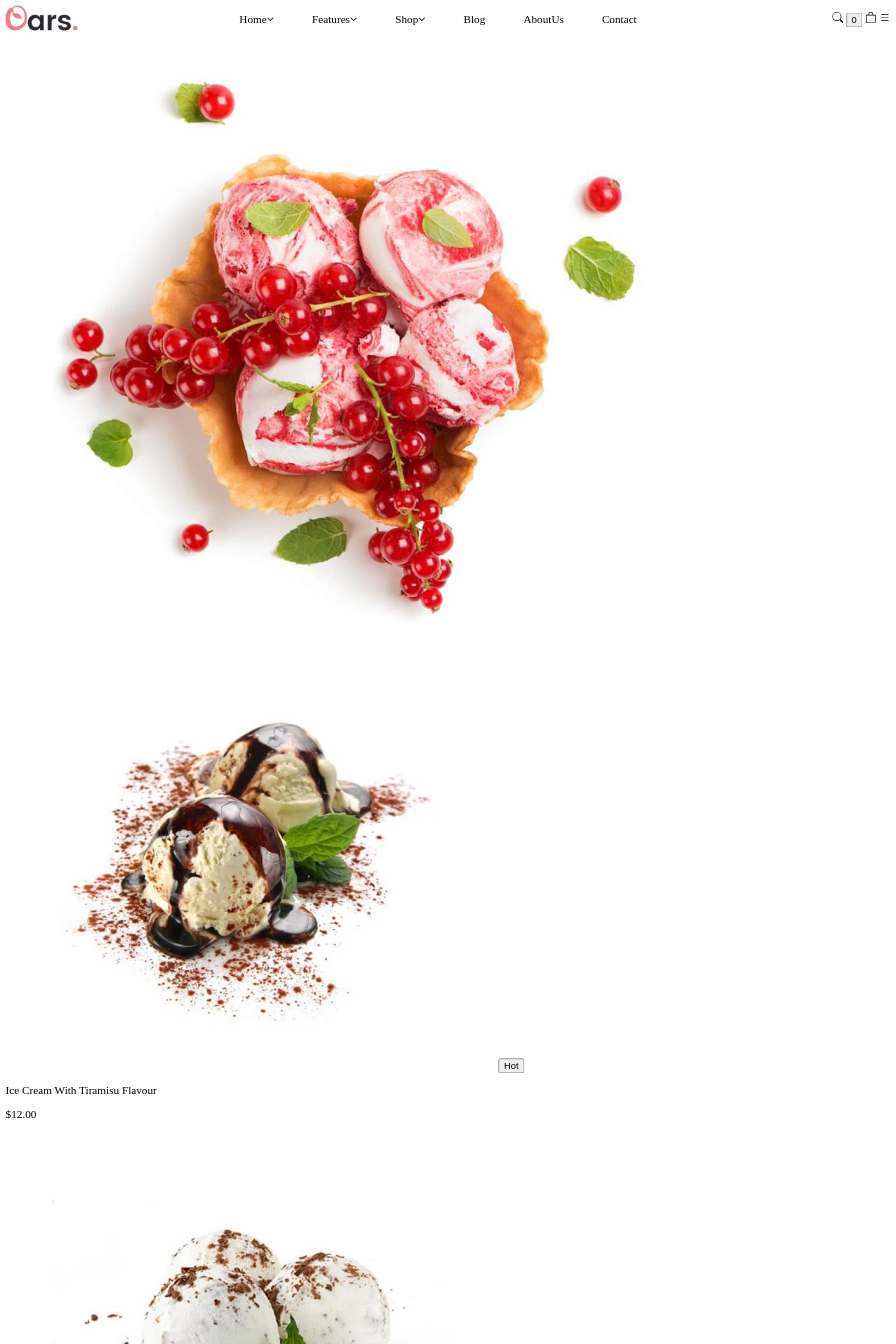
Repository: pradeepi2i/ice-cream
Page: icecream.html
These files come from the project's save history. The page is drawn as it stood at one moment and after the next save; the edit follows.
The browser window is 1280 px wide. The pictures show the part of the page from y = 0 to 1920 px (the page is 8871 px tall before and 8887 px after), at 70% of full size.

Above is the page before, as saved 2022-11-16 13:04:26.

### icecream.html
<!DOCTYPE html>
<html lang="en">
  <head>
    <meta charset="UTF-8" />
    <meta http-equiv="X-UA-Compatible" content="IE=edge" />
    <meta name="viewport" content="width=device-width, initial-scale=1.0" />
    <link rel="preconnect" href="https://fonts.googleapis.com" />
    <link rel="preconnect" href="https://fonts.gstatic.com" crossorigin />
    <link
      href="https://fonts.googleapis.com/css2?family=Poppins:wght@500;400;200&display=swap"
      rel="stylesheet"
    />
    <link
      rel="stylesheet"
      href="https://cdnjs.cloudflare.com/ajax/libs/font-awesome/4.7.0/css/font-awesome.min.css"
    />
    <link rel="stylesheet" href="./css/style.css" />
    <title>Ice-cream</title>
  </head>
  <body>
    <div class="header">
      <div class="navbar-left">
        <img src="./images/logo.png" alt="logo" class="title" />
      </div>
      <div class="navbar-center">
        <span class="navigation" id="home"
          >Home<i class="fa fa-angle-down down-arrow" aria-hidden="true"></i
        ></span>
        <span class="navigation"
          >Features<i class="fa fa-angle-down down-arrow" aria-hidden="true"></i
        ></span>
        <span class="navigation"
          >Shop<i class="fa fa-angle-down down-arrow" aria-hidden="true"></i
        ></span>
        <span class="navigation">Blog</span>
        <span class="navigation">AboutUs</span>
        <span class="navigation">Contact</span>
      </div>
      <div class="navbar-right">
        <img
          class="top-nav-icon"
          id="search"
          src="./images/search.svg"
          alt="search"
        />
        <button class="count">0</button>
        <img class="top-nav-icon" src="/images/bag.svg" alt="cart" id="bag" />
        <img class="top-nav-icon" src="/images/menu.svg" alt="menu" id="menu" />
      </div>
    </div>
    <div class="container">
      <div class="top-container">
        <div class="large-left-square-1">
          <img
            id="large-left"
            src="/images/strawberry-big.jpg"
            alt="strawberry-big"
            class="strawberry-big"
          />
        </div>
        <div class="right-rectangle-1">
          <div class="small-ice-row-1-col-1">
            <img
              class="small-ice"
              src="/images/ice-1.jpg"
              alt="Tiramisu Flavour"
            />
            <button class="hot">Hot</button>
            <div class="txt">
              <p class="flavour">Ice Cream With Tiramisu Flavour</p>
              <span class="price">$12.00</span>
            </div>
          </div>
          <div class="small-ice-row-1-col-2">
            <img class="small-ice" src="/images/ice-2.jpg" alt="Scrachatella" />
            <button class="hot">Hot</button>
            <button class="sale">Sale</button>
            <div class="txt">
              <p class="flavour">Scrachatella Ice Cream</p>
              <span class="price">$36.90</span>
              <span class="old-price">&nbsp$41.00</span>
            </div>
          </div>
          <div class="small-ice-row-1-col-1">
            <img
              class="small-ice"
              src="/images/ice-3.jpg"
              alt="Tiramisu Flavour"
            />
            <button class="hot">Hot</button>
            <div class="txt">
              <p class="flavour">Cream with strawberry</p>
              <span class="price">$15.00</span>
            </div>
          </div>
          <div class="small-ice-row-1-col-2">
            <img
              class="small-ice"
              src="/images/ice-4.jpg"
              alt="Cappuccino Ice Cream"
            />
            <button class="sale-only">Sale</button>
            <div class="txt">
              <p class="flavour">Cappuccino Ice Cream</p>
              <span class="price">$18.90</span>
              <span class="old-price">&nbsp$20.00</span>
            </div>
          </div>
        </div>
      </div>
      <div class="middle-container">
        <div class="poster">
          <div class="content">
            <h1 class="title">Stepping into15th years of sharing smiles</h1>
            <p class="subtitle">
              Prasent commodo cursus magna,vel scelerisque nisl consectetur et.
              Cras mattis consectetur purus sit amet fermentum. Lorem ipsum
              dolor sit amet, consectetur adipiscing elit. Donec ullamcorper
              nulla non metus auctor fringilla.Nullam quis risus eget urna
              mollis ornare vel eu leo.
            </p>
            <p id="about">About Oars Store</p>
          </div>
        </div>
      </div>
      <div class="top-container">
        <div class="right-rectangle-1">
          <div class="small-ice-row-1-col-1">
            <img
              class="small-ice"
              src="/images/ice-5.jpg"
              alt="Ice Cream Covered With Chocolate & Nuts"
            />
            <div class="txt">
              <p class="flavour">Ice Cream With Chocolate & Nuts</p>
              <span class="price">$60.00</span>
            </div>
          </div>
          <div class="small-ice-row-1-col-2">
            <img
              class="small-ice"
              src="/images/ice-6.jpg"
              alt="Colorful Popsicles Isolated"
            />
            <button class="hot">Hot</button>
            <button class="sale">Sale</button>
            <div class="txt">
              <p class="flavour">Colorful Popsicles Isolated</p>
              <span class="price">$54.00</span>
              <span class="old-price">&nbsp$69.00</span>
            </div>
          </div>
          <div class="small-ice-row-1-col-1">
            <img
              class="small-ice"
              src="/images/ice-7.jpg"
              alt="Ice Cream Covered With Chocolate "
            />
            <button class="hot">Hot</button>
            <button class="sale">Sale</button>
            <div class="txt">
              <p class="flavour">Ice Cream Covered With Chocolate</p>
              <span class="price">$27.00</span>
              <span class="old-price">&nbsp$42.00</span>
            </div>
          </div>
          <div class="small-ice-row-1-col-2">
            <img
              class="small-ice"
              src="/images/ice-4.jpg"
              alt="Colorful Popsicles Isolated"
            />
            <button class="hot">Hot</button>
            <div class="txt">
              <p class="flavour">Colorful Popsicles Isolated</p>
              <span class="price">$69.90</span>
            </div>
          </div>
        </div>
        <div class="large-right-square-1">
          <img
            id="large-left"
            src="/images/cone-big.jpg"
            alt="cone-big"
            class="strawberry-big"
          />
        </div>
      </div>
      <div class="bottom-container">
        <div class="bottom-top-container">
          <img src="/images/product-1.png" alt="coffee" class="product" />
          <img src="/images/product-2.png" alt="chocolate" class="product" />
          <img src="/images/product-3.png" alt="market" class="product" />
          <img src="/images/product-4.png" alt="mountain" class="product" />
          <img src="/images/product-5.png" alt="mountainbike" class="product" />
          <img src="/images/product-6.png" alt="morelle" class="product" />
        </div>
        <div class="bottom-middle-container">
          <div class="details">
            <div class="contact-details">
              <div class="contact-title">
                <h2>Contact Us</h2>
                <div class="bottom-line">
                  <hr class="line" />
                  <hr class="dot" />
                </div>
                <p class="description">
                  Fusce dapibus, tellus ac cursus commodo, tortor mauris
                  condimentum nibh
                </p>
                <div class="navigation-icon">
                  <div class="nav" id="location">
                    <i class="fa fa-map-marker nav-icon" aria-hidden="true"></i>
                    <span class="info"
                      >221b Notingham Forest - London - UK</span
                    >
                  </div>
                  <div class="nav" id="call">
                    <i class="fa fa-phone nav-icon" aria-hidden="true"></i
                    ><span class="info">0123 456 789 - 0123 987 654</span>
                  </div>
                  <div class="nav" id="mail">
                    <i class="fa fa-paper-plane nav-icon" aria-hidden="true"></i
                    ><span class="info">tivatheme@gmail.com</span>
                  </div>
                </div>
              </div>
              <div class="time-title">
                <h2>Opening Hours</h2>
                <div class="bottom-line">
                  <hr class="line" />
                  <hr class="dot" />
                </div>
                <div class="week-days">
                  <h3>Mon - Fri</h3>
                  <p class="time">08.00 am - 17.00 pm</p>
                </div>
                <div class="week-end">
                  <h3>Sat - Sun</h3>
                  <p class="time">08.00 am - 11.30 pm</p>
                </div>
              </div>
              <div class="link-title">
                <h2>Useful Links</h2>
                <div class="bottom-line">
                  <hr class="line" />
                  <hr class="dot" />
                </div>
                <div class="link">
                  <p>About Us</p>
                  <p>Portfolio</p>
                  <p>Terms Of Service</p>
                  <p>Privacy Policy</p>
                  <p>Contact Us</p>
                </div>
              </div>
              <div class="direction-title">
                <h2>Get Direction</h2>
                <div class="bottom-line">
                  <hr class="line" />
                  <hr class="dot" />
                </div>
                <div class="direction">
                  <img src="/images/map.png" alt="map" class="map" />
                </div>
              </div>
            </div>
          </div>
        </div>
        <div class="bottom-end-container">
          <div class="footer">
            <div class="copyrights">
              <p class="copy">
                &copy; 2020 <span class="company-name">Oars Organic</span
                ><span>. All Rights Reserved. Design by</span>
                <span class="company-name">Tivatheme</span>
              </p>
            </div>
            <div class="support">
              <p class="support-options">
                <span class="options">Help</span>
                <span class="options">FAQs</span>
                <span class="options">History</span>
                <span class="options">Online Support</span>
              </p>
            </div>
            <div class="bottom-round">
              <i
                class="fa fa-long-arrow-up fa-2x"
                id="bottom-icon"
                aria-hidden="true"
              ></i>
            </div>
          </div>
        </div>
      </div>
    </div>
  </body>
</html>

### css/style.css
.header {
    display: flex;
    justify-content: space-between;
    align-items: center;
}
.navbar-center {
    display: flex;
    justify-content: center;
    padding: ;
}
.navigation {
    padding: .2rem;
    margin-right: 3rem;
}

After the next save:
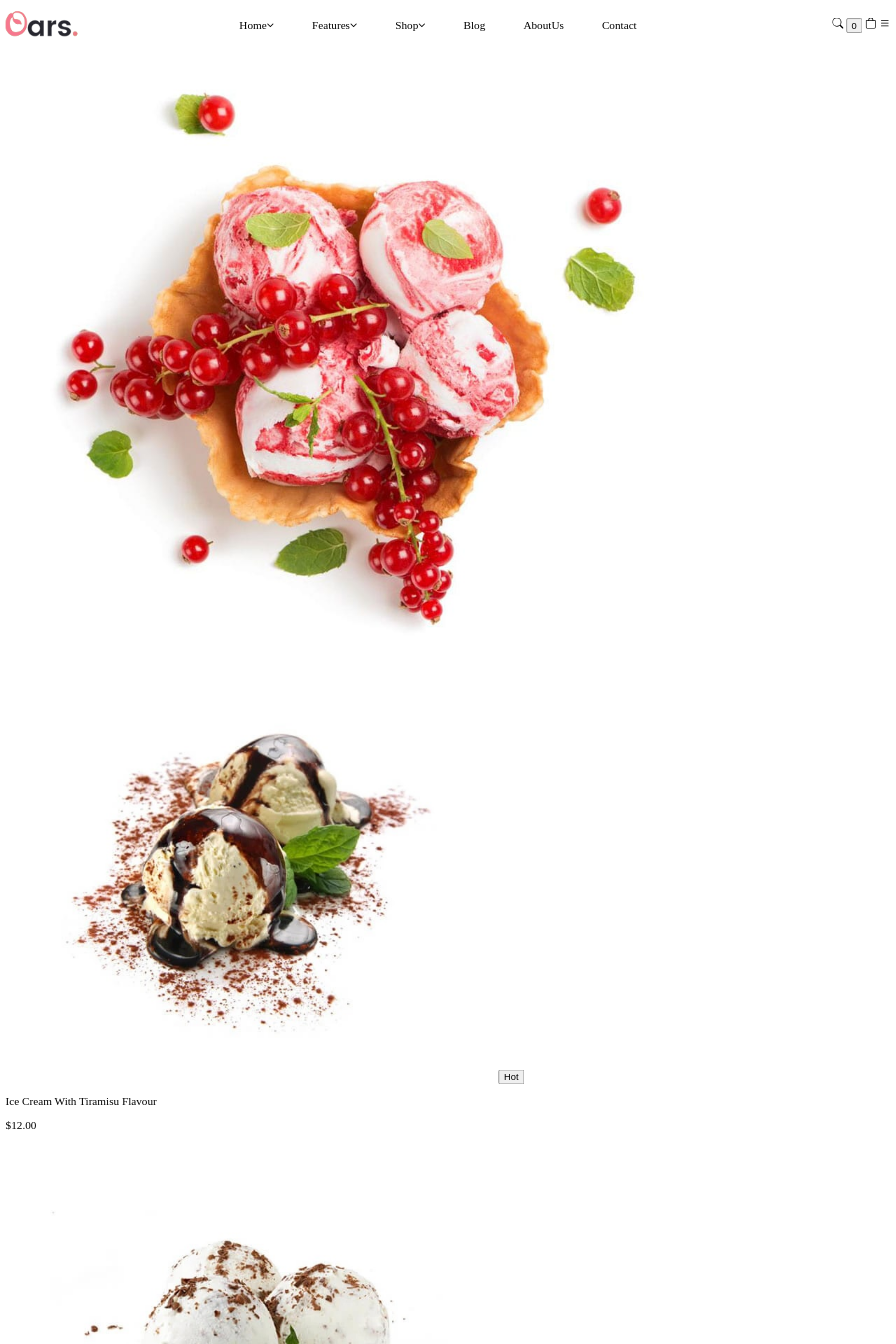
Saved 5 s later.
--- a/css/style.css
+++ b/css/style.css
@@ -6,7 +6,7 @@
 .navbar-center {
     display: flex;
     justify-content: center;
-    padding: ;
+    padding: 1rem;
 }
 .navigation {
     padding: .2rem;

After the save that followed:
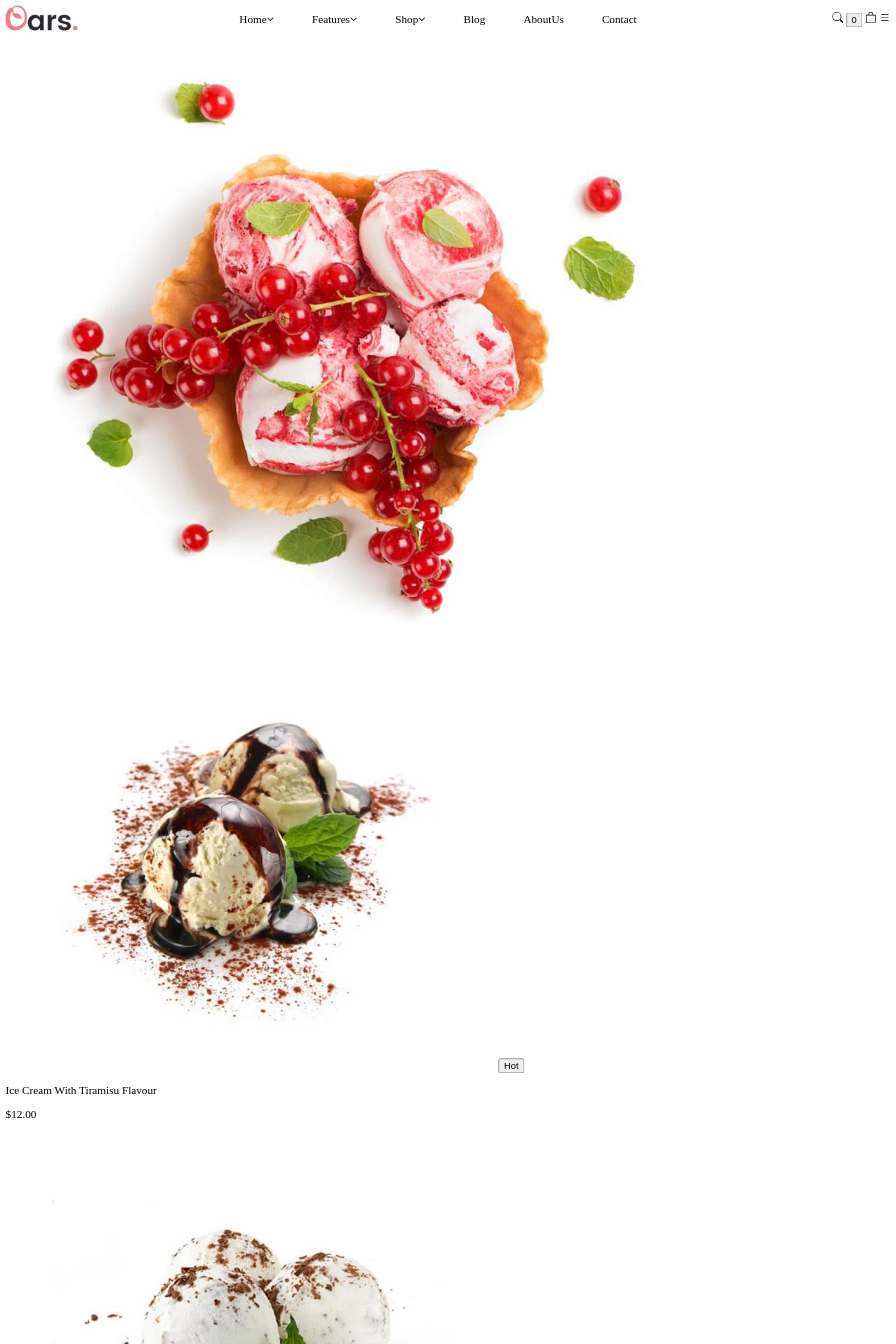
Saved 6 s later.
--- a/css/style.css
+++ b/css/style.css
@@ -6,7 +6,7 @@
 .navbar-center {
     display: flex;
     justify-content: center;
-    padding: 1rem;
+    padding: rem;
 }
 .navigation {
     padding: .2rem;
